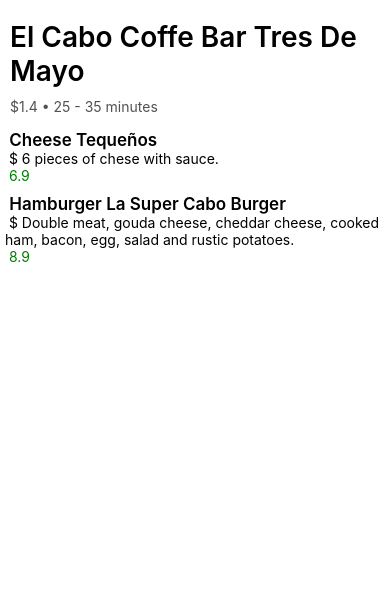
Repository: leroy-netizen/rn-uber-eats-client
Screen: /
The author's editor kept a copy of each file at every save. The screen is drawn from the files as they stood at one save, then again after the next save.
The pictures show rows 234 to 844 of an output 844 px tall.
The app was drawn by React Native's web renderer in a window 390 px wide. The project was rebuilt for these pictures with package versions that can differ from the ones it lists, and the page was loaded fresh each time. Also part of the build but not shown: src/components/restaurantItem/RestaurantItem.jsx, src/screens/HomeScreen/index.js.

Above is the screen before, as saved 2023-01-16 16:38:33.

After the next save:
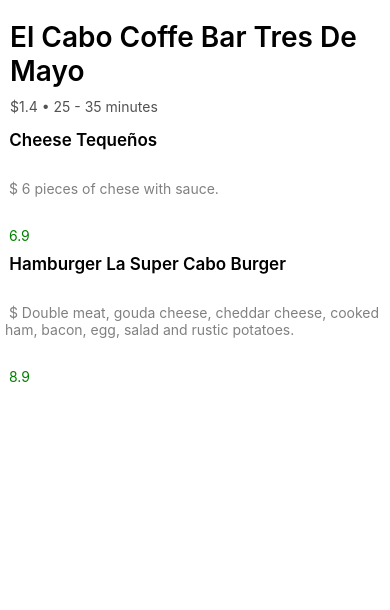
Saved 42 s later.
--- a/src/components/DishListItem/index.js
+++ b/src/components/DishListItem/index.js
@@ -4,7 +4,7 @@ const DishListItem = ({ dish }) => {
   return (
     <View style={styles.container}>
       <Text style={styles.name}> {dish.name}</Text>
-      <Text stle={styles.description}> $ {dish.description}</Text>
+      <Text style={styles.description}> $ {dish.description}</Text>
       <Text style={styles.price}> {dish.price}</Text>
     </View>
   );
